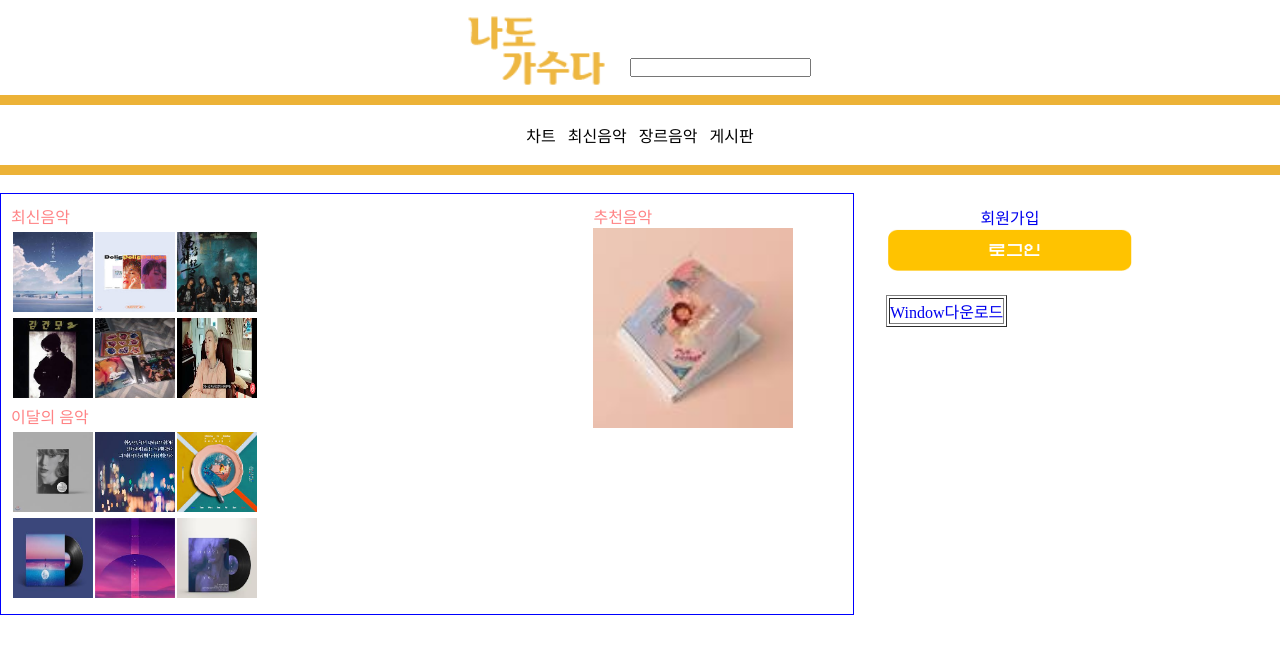
Repository: Ea-Bell/GraduationPortfolio
Page: http://localhost/WebTest/webTest/View/login/index.jsp
These files come from the project's save history. The page is drawn as it stood at one moment and after the next save; the edit follows.
The browser window is 1280 px wide. The pictures show the whole page.
The page is served by Tomcat 9. Nobody is signed in. The application's start-up code is not run. Other server files are loaded and not shown.

Above is the page before, as saved 2020-09-16 09:56:11.

### WEB_Server/WebTest/WebContent/webTest/View/login/index.jsp
<%@ page language="java" contentType="text/html; charset=UTF-8"
	pageEncoding="UTF-8"%>
<%@ taglib prefix="c" uri="http://java.sun.com/jsp/jstl/core"%>
   <%@ page import="java.io.File" %>
<!DOCTYPE html>
<html>
<head>

<link rel="stylesheet" type="text/css"
	href="/webTest/Model/mainForm/mainForm.css" />
<script type="text/javascript" src="/webTest/Model/mainForm/mainForm.js"></script>

<meta charset="UTF-8">
<title>회원제 게시판 예시</title>
</head>
<body>

<header>
	<div align="center">

		<form action="mainForm.jsp" method="post">
			<!-- 헤더 -->

				<a href="/index" style="background: white;">
					 <img src="/webTest/img/logo.png"
					 style="position: relative; top: 15px; left: 0px; width: 140px; width:140px"></a>
					  <input type="text" onclick=""
					style="position: relative; left: 20px;">
				&nbsp;&nbsp;&nbsp;&nbsp;&nbsp; <br>
				<br>

				<hr id="head_line" size="10px" color="#ECB237">

				<br> <a href="" onmouseover="TextMover()"
					onmouseout="TextMount()" id="nav" style="color: black;">차트</a>

				&nbsp; <a href="/webTest/View/fileUpLoad/fileList.jsp" onmouseover="TextMover2()"
					onmouseout="TextMount2()" id="nav2" style="color: black;">최신음악</a>
				&nbsp; <a href="" onmouseover="TextMover3()"
					onmouseout="TextMount3()" id="nav3" style="color: black;">장르음악</a>
						&nbsp; <a href="/webTest/View/article/list.jsp"  id="nav3" style="color: black;">게시판</a>
				<br>
				<br>
		</form>



	</div>
</header>
		<hr id="head_line" size="10px" color="#ECB237">
		<br>
	<!-- 콘텐츠 -->

	<div style="padding:10px; width: 30%; float: right;">
		<section id="main_section">
			<article class="main_article"></article>
		</section>
		<!-- 메인 섹션 건들지 말것. -->

		<aside id="main_aside">

			<table border="0">
				<tr>
					<td><c:if test="${empty authUser }">
							<div align="center"><a href=""></a> <a href="/webTest/login/signUp.jsp">회원가입</a></div>
							<a href="/webTest/View/login/login.jsp" ><img alt="" src="/webTest/img/login/login.png" style="height: 42px; width: 244px;"></a>
							<br>

						</c:if> <c:if test="${!empty authUser}">
				${authUser.nickname}님, 안녕하세요.<br />
							<a href="/LogoutHandler">[로그아웃하기]</a>
							<a href="changePwdForm.jsp">[암호변경하기]</a>
							<a href="/webTest/list/newMusicForm.jsp">[마이페이지]</a>
						</c:if></td>
				</tr>
			</table>

			<br>
			<table border="1px;" >
				<tr>

					<td>
				<a href="/나는가수다.msi" download=>Window다운로드</a>
					</td>

				</tr>
			</table>

		</aside>
		</div>
		<div id="content"  style="border:1px solid blue; padding:10px; width: 65%;  float: left;" >

<div style="float: left; width: 30%;">
			<table >
	<tr><span style="color: #ff8385">최신음악</span></tr>
	<tr>
		<td><img  src="/webTest/img/newchart/다운로드.jpg" style="height: 80px; width: 80px;">	</td>
		<td><img  src="/webTest/img/newchart/다운로드 (1).jpg" style="height: 80px; width: 80px;">	</td>
		<td><img  src="/webTest/img/newchart/다운로드 (2).jpg" style="height: 80px; width: 80px;">	</td>
	</tr>
		<tr>
		<td><img  src="/webTest/img/newchart/다운로드 (3).jpg" style="height: 80px; width: 80px;">	</td>
		<td><img  src="/webTest/img/newchart/다운로드 (4).jpg" style="height: 80px; width: 80px;">	</td>
		<td><img  src="/webTest/img/newchart/다운로드 (5).jpg" style="height: 80px; width: 80px;">	</td>
	</tr>
			</table>
					<table >
	<tr><span style="color: #ff8385">이달의 음악</span></tr>
	<tr>
		<td><img  src="/webTest/img/newchart/다운로드 (6).jpg" style="height: 80px; width: 80px;">	</td>
		<td><img  src="/webTest//img/newchart/다운로드 (7).jpg" style="height: 80px; width: 80px;">	</td>
		<td><img  src="/webTest/img/newchart/다운로드 (8).jpg" style="height: 80px; width: 80px;">	</td>
	</tr>
		<tr>
		<td><img  src="/webTest/img/newchart/다운로드 (9).jpg" style="height: 80px; width: 80px;">	</td>
		<td><img  src="/webTest/img/newchart/다운로드 (10).jpg" style="height: 80px; width: 80px;">	</td>
		<td><img  src="/webTest/img/newchart/다운로드 (11).jpg" style="height: 80px; width: 80px;">	</td>
	</tr>
			</table>

</div>
<div>
<!-- 가운데 컨텐츠 삽입용 -->
</div>
<div style="float: right; width: 30%">

			<span style="color: #ff8385">추천음악</span><br>
		<img  src="/webTest/img/newchart/다운로드 (16).jpg" style="height: 200px; width:200px;">

</div>


</div>



	<!-- 바텀 -->
	<div align="center">


	</div>

</body>
</html>

### WEB_Server/WebTest/WebContent/webTest/Model/mainForm/mainForm.css
@charset "UTF-8";
body{
	position: relative;
}

*{ margin:0; padding :0;}

img{border: 0; width:16px ; height: 16 px;}


#content{
	/* 중앙 정렬*/
	width: 960px;

	/* 수평 레이아웃 구성 */
	overflow: hidden;
}
#content > #main_section
{
	width: 650px;
	float: left;			/* 왼쪽에 붙입니다*/
}

#content > #main_aside{
	height:30%;
	width : 25%;
	float: right;           /*오른쪽에 붙입니다.*/
	margin-bottom: 20px;
	padding: 10px;

	color: #ff8000;


}



#content > #main_bside{

	width : 30%;
	height:0%;
	float: left;           /*왼쪽에 붙입니다.*/
	margin-bottom: 20px;
	padding: 10px;


}
#content > #main_cside{
	width :70%;
	height: 0%;
	float: none;           /*가운데에 붙입니다.*/
	margin-bottom: 20px;
	padding: 10px;
	border: 1px solid #e4e4e4;
	color: #ff8000;
	background-color:ff8000;
}

#textcolor{
	border: 1px solid #e4e4e4;
	color: #ff8000;
	background-color:ff8000;
}

#hr
{

}
#nav
{
	 font-family: ""
}
#winFont{
	font-family: "돋음";
	color: #1A1A1A;
}
a {
  text-decoration: none;
}

### WEB_Server/WebTest/WebContent/webTest/Model/mainForm/mainForm.js
/**
 *
 */

//문자나 이미지가 밖으로 나갔을경우
function TextMover() {
	var dama = document.getElementById('nav');
	dama.style.color="Red";
}
function ImgMover() {

}
function TextMover2() {
	var dama = document.getElementById('nav2');
	dama.style.color="Red";
}
function TextMover3() {
	var dama = document.getElementById('nav3');
	dama.style.color="Red";
}
//문자나 이미지가 밖으로 갔을경우
function TextMount() {
	var dama = document.getElementById('nav');
	dama.style.color="Black";
}
function TextMount2() {
	var dama = document.getElementById('nav2');
	dama.style.color="Black";
}
function TextMount3() {
	var dama = document.getElementById('nav3');
	dama.style.color="Black";
}
function ImgMount() {

}

After the next save:
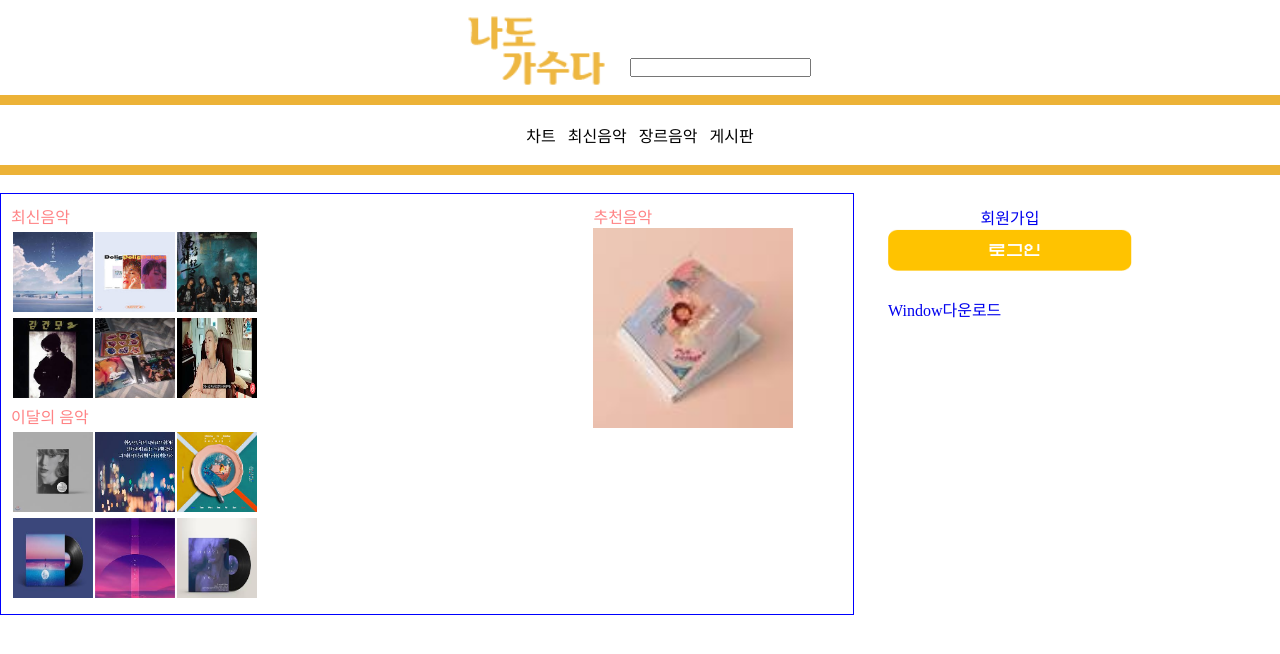
Saved 30 s later.
--- a/WEB_Server/WebTest/WebContent/webTest/View/login/index.jsp
+++ b/WEB_Server/WebTest/WebContent/webTest/View/login/index.jsp
@@ -76,7 +76,7 @@
 			</table>
 
 			<br>
-			<table border="1px;" >
+			<table  >
 				<tr>
 
 					<td>
